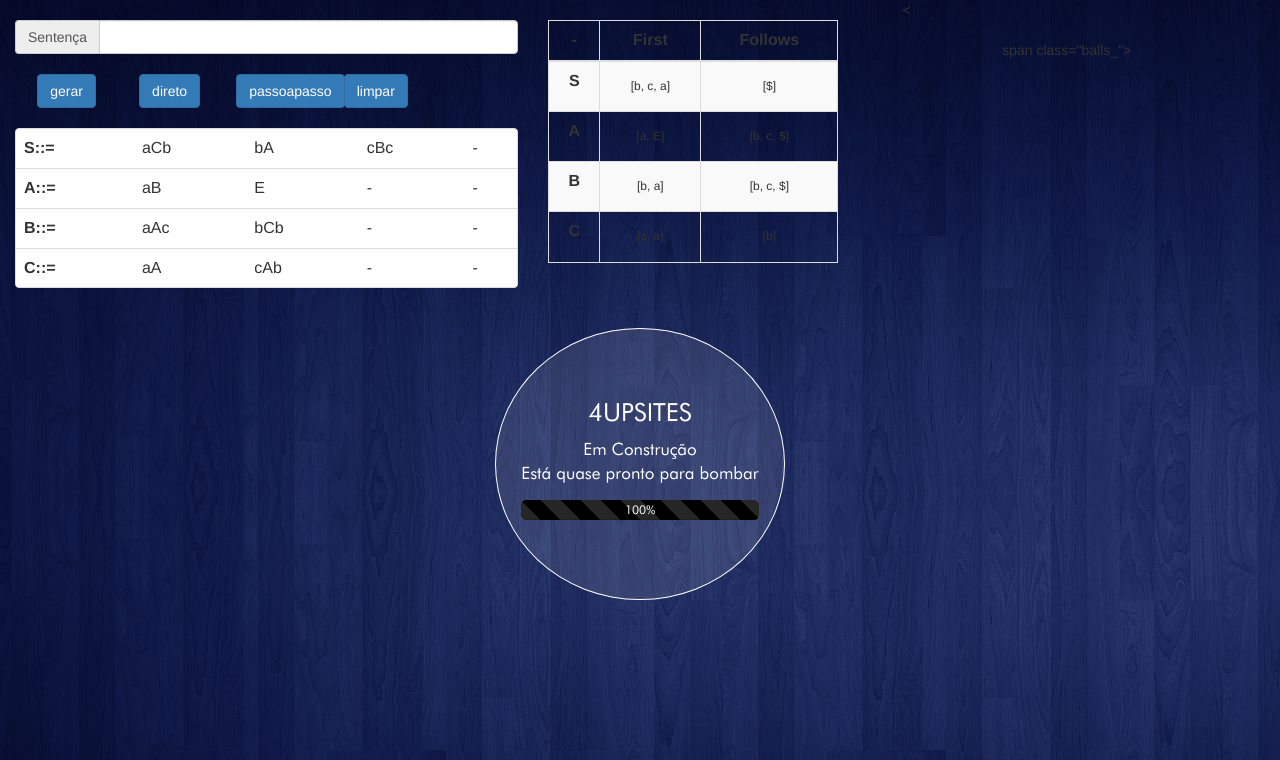
Repository: 4UPsites/publish
Page: TAPUME/index.html
The author's editor kept a record of every edit. The page is drawn from the files as they stood at one moment, then again after the next edit.
The browser window is 1280 px wide. The pictures show the whole page.
Some web libraries are served in a nearby version.

Above is the page before.

After the next edit:
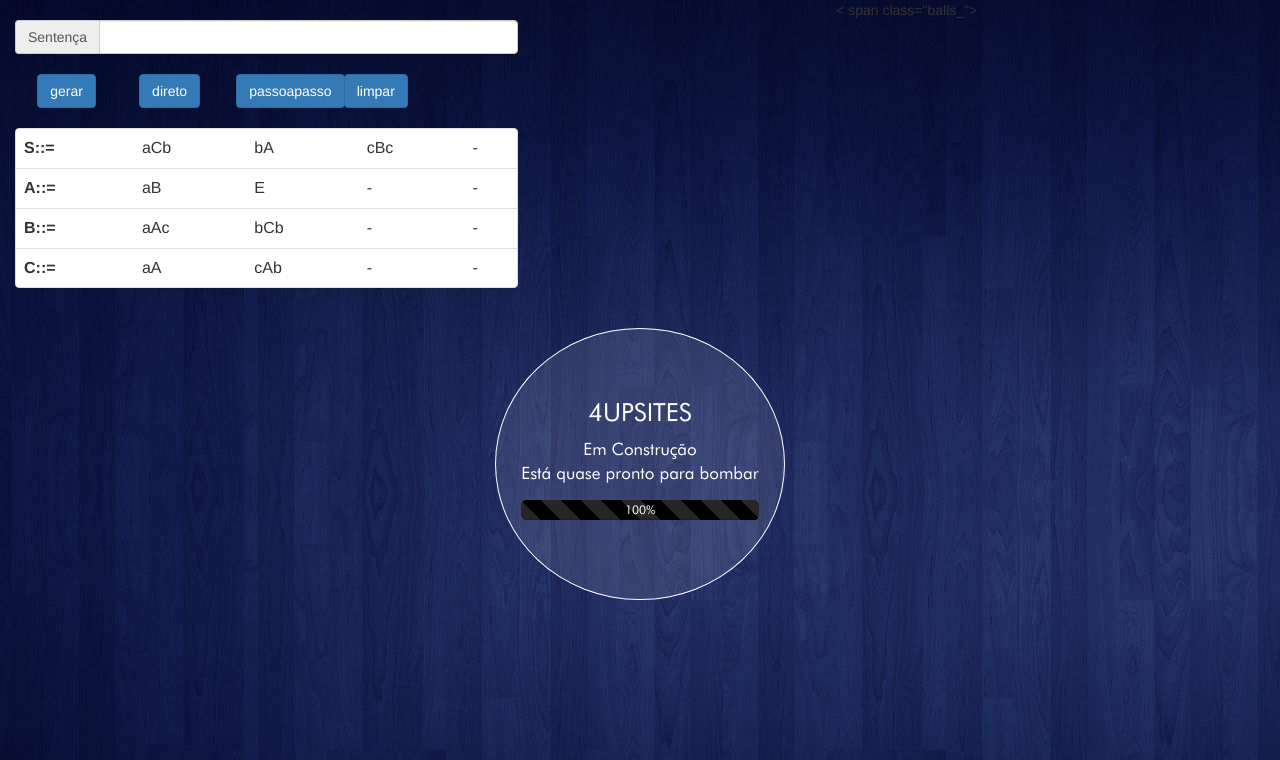
The edit:
--- a/TAPUME/index.html
+++ b/TAPUME/index.html
@@ -93,54 +93,7 @@
 
 						<br/>
 					</div>
-					<br />
-					<div class="col-lg-3">
-						<ul class="nav nav-list firstFollow">
-							<table class="table table-bordered table-striped table-hover">
-								<thead>
-									<tr class="fundo-per">
-										<th style="text-align: center;">-</th>
-										<th style="text-align: center;">First</th>
-										<th style="text-align: center;">Follows</th>
-									</tr>
-								</thead>
-								<tbody>
-									<tr style="text-align: center;" class="fundo-normal">
-										<td><b>S</b></td>
-										<td><h6>[b, c, a]
-											</h6></td>
-										<td><h6>[$]
-											</h6></td>
-									</tr>
-									<tr style="text-align: center;" class="fundo-normal">
-										<td><b>A</b></td>
-										<td><h6>[a, E]
-											</h6></td>
-										<td><h6>[b, c, $]
-											</h6></td>
-									</tr>
-									<tr style="text-align: center;" class="fundo-normal">
-										<td><b>B</b></td>
-										<td><h6>[b, a]
-											</h6></td>
-										<td><h6>[b, c, $]
-											</h6></td>
-									</tr>
-									<tr style="text-align: center;" class="fundo-normal">
-										<td><b>C</b></td>
-										<td><h6>[c, a]
-											</h6></td>
-										<td><h6>[b]
-											</h6></td>
-									</tr>
-								</tbody>
-							</table>
-						</ul>
 
-					</div>
-
-
-					<br/>
 					span class="balls_">
 					<div id="ball_2" class="ball ball_2">
 					</div>
